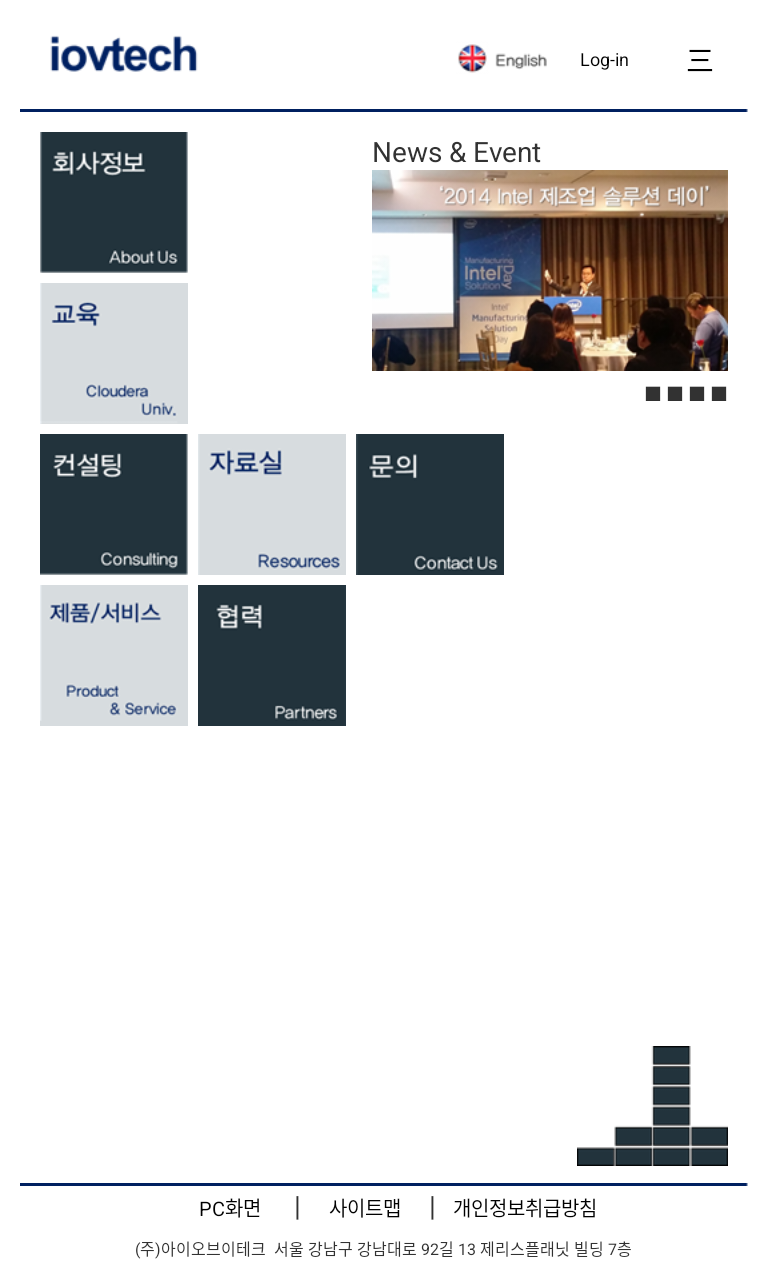
Repository: hyekkyung/CDH_Tutorials
Layout: Mobile_IOV/res/layout/test_page_0.xml
These files come from the project's save history. The layout is drawn as it stood at one moment and after the next save; the edit follows.
It is drawn on a 768 x 1280 px phone screen (xhdpi) without system bars, with theme AppTheme; the app's code is not run.

Above is the layout before, as saved 2015-02-02 06:33:31.

### Mobile_IOV/res/layout/test_page_0.xml
<?xml version="1.0" encoding="utf-8"?>
<RelativeLayout xmlns:android="http://schemas.android.com/apk/res/android"
    android:layout_width="match_parent"
    android:layout_height="match_parent"
    android:paddingLeft="10sp"
    android:paddingRight="10sp"
    android:paddingBottom="10sp"
    android:paddingTop="5sp" >

    <LinearLayout
        android:id="@+id/linearLayout1"
        android:layout_width="wrap_content"
        android:layout_height="wrap_content"
        android:layout_alignParentLeft="true"
        android:layout_alignParentRight="true"
        android:layout_alignParentTop="true" >

        <ImageButton
            style="?android:attr/buttonStyleSmall"
            android:layout_width="wrap_content"
            android:layout_height="wrap_content"
            android:background="#FFFFFF"
            android:src="@drawable/logo_03" />

        <ImageButton
       		android:id="@+id/kor_btn"
            style="?android:attr/buttonStyleSmall"
            android:layout_width="wrap_content"
            android:layout_height="wrap_content"
            android:background="#FFFFFF"
            android:layout_weight="0.5"
            android:layout_marginLeft="25sp"
            android:onClick="mOnclick" />

        <ImageView
       		android:id="@+id/lang_btn"
            android:layout_width="wrap_content"
            android:layout_height="wrap_content"
            android:background="@drawable/eng_btn"
            android:paddingLeft="3sp"
            android:onClick="mOnclick"
            android:layout_gravity="center" />

        <Button
            style="?android:attr/buttonStyleSmall"
            android:layout_width="wrap_content"
            android:layout_height="wrap_content"
            android:background="#FFFFFF"
            android:text="Log-in"
            android:textSize="9sp"
            android:layout_gravity="center" />

        <Button
            style="?android:attr/buttonStyleSmall"
            android:layout_width="wrap_content"
            android:layout_height="wrap_content"
            android:background="#FFFFFF"
            android:text="三"
            android:layout_gravity="center" />

    </LinearLayout>

    <ImageView
        android:id="@+id/imageView1"
        android:layout_width="wrap_content"
        android:layout_height="wrap_content"
        android:layout_below="@+id/linearLayout1"
        android:layout_centerHorizontal="true"
        android:src="@drawable/sep_line" />

    <TextView
        android:id="@+id/textView1"
        android:layout_width="wrap_content"
        android:layout_height="wrap_content"
        android:layout_alignParentBottom="true"
        android:layout_centerHorizontal="true"
        android:paddingTop="5sp"
        android:text="(주)아이오브이테크  서울 강남구 강남대로 92길 13 제리스플래닛 빌딩 7층"
        android:textSize="8sp" />

    <LinearLayout
        android:id="@+id/linearLayout2"
        android:layout_width="wrap_content"
        android:layout_height="wrap_content"
        android:layout_above="@+id/textView1"
        android:layout_centerHorizontal="true" >

        <Button
            android:id="@+id/button1"
            android:layout_width="wrap_content"
            android:layout_height="20sp"
            android:background="#FFFFFF"
            android:text=" PC화면 "
            android:textSize="10sp" />

        <TextView
            android:layout_width="wrap_content"
            android:layout_height="wrap_content"
            android:text="|"
            android:textAppearance="?android:attr/textAppearanceSmall" />

        <Button
            android:id="@+id/button2"
            android:layout_width="wrap_content"
            android:layout_height="20sp"
            android:background="#FFFFFF"
            android:text=" 사이트맵 "
            android:textSize="10sp" />

        <TextView
            android:layout_width="wrap_content"
            android:layout_height="wrap_content"
            android:text="| "
            android:textAppearance="?android:attr/textAppearanceSmall" />

        <Button
            android:id="@+id/button3"
            android:layout_width="wrap_content"
            android:layout_height="20sp"
            android:background="#FFFFFF"
            android:text="  개인정보취급방침 "
            android:textSize="10sp" />
    </LinearLayout>

    <ImageView
        android:id="@+id/imageView3"
        android:layout_width="wrap_content"
        android:layout_height="wrap_content"
        android:layout_above="@+id/linearLayout2"
        android:layout_alignLeft="@+id/imageView1"
        android:paddingTop="5sp"
        android:src="@drawable/sep_line" />

    <RelativeLayout
        android:layout_width="wrap_content"
        android:layout_height="wrap_content"
        android:layout_alignBottom="@+id/imageView3"
        android:layout_alignParentLeft="true"
        android:layout_alignRight="@+id/imageView3"
        android:layout_below="@+id/imageView1"
        android:paddingLeft="10sp"
        android:paddingRight="10sp"
        android:paddingTop="10sp"
        android:paddingBottom="10sp" >

        <ImageButton
            android:id="@+id/imageButton1"
            android:layout_width="wrap_content"
            android:layout_height="wrap_content"
            android:layout_alignParentRight="true"
            android:layout_below="@+id/textView2"
            android:src="@drawable/event_1"
            android:background="#FFFFFF" />

        <TextView
            android:id="@+id/textView2"
            android:layout_width="wrap_content"
            android:layout_height="wrap_content"
            android:layout_alignLeft="@+id/imageButton1"
            android:layout_alignParentTop="true"
            android:text="News &amp; Event"
            android:textAppearance="?android:attr/textAppearanceSmall" />

        <ImageButton
            android:id="@+id/imageButton2"
            android:layout_width="wrap_content"
            android:layout_height="wrap_content"
            android:layout_alignParentLeft="true"
            android:layout_alignTop="@+id/textView2"
            android:background="#FFFFFF"
            android:src="@drawable/icon_info" />

        <ImageButton
            android:id="@+id/imageButton3"
            android:layout_width="wrap_content"
            android:layout_height="wrap_content"
            android:layout_alignParentLeft="true"
            android:layout_below="@+id/imageButton2"
            android:src="@drawable/icon_edu"
            android:background="#FFFFFF"
            android:paddingTop="5sp" />

        <ImageButton
            android:id="@+id/imageButton4"
            android:layout_width="wrap_content"
            android:layout_height="wrap_content"
            android:layout_alignParentLeft="true"
            android:layout_below="@+id/imageButton3"
            android:src="@drawable/icon_consult"
            android:background="#FFFFFF"
            android:paddingTop="5sp" />

        <ImageButton
            android:id="@+id/imageButton5"
            android:layout_width="wrap_content"
            android:layout_height="wrap_content"
            android:layout_alignParentLeft="true"
            android:layout_below="@+id/imageButton4"
            android:src="@drawable/icon_product"
            android:background="#FFFFFF"
            android:paddingTop="5sp" />

        <ImageButton
            android:id="@+id/imageButton6"
            android:layout_width="wrap_content"
            android:layout_height="wrap_content"
            android:layout_alignTop="@+id/imageButton4"
            android:layout_toRightOf="@+id/imageButton4"
            android:src="@drawable/icon_resource"
            android:background="#FFFFFF"
            android:paddingTop="5sp"
            android:paddingLeft="5sp" />

        <ImageButton
            android:id="@+id/imageButton7"
            android:layout_width="wrap_content"
            android:layout_height="wrap_content"
            android:layout_alignLeft="@+id/imageButton6"
            android:layout_alignTop="@+id/imageButton5"
            android:src="@drawable/icon_partner"
            android:background="#FFFFFF"
            android:paddingTop="5sp"
            android:paddingLeft="5sp" />

        <ImageButton
            android:id="@+id/imageButton8"
            android:layout_width="wrap_content"
            android:layout_height="wrap_content"
            android:layout_alignTop="@+id/imageButton6"
            android:layout_toRightOf="@+id/imageButton6"
            android:src="@drawable/icon_contact"
            android:background="#FFFFFF"
            android:paddingTop="5sp"
            android:paddingLeft="5sp" />

        <ImageView
            android:id="@+id/imageView2"
            android:layout_width="wrap_content"
            android:layout_height="wrap_content"
            android:layout_alignParentBottom="true"
            android:layout_alignRight="@+id/imageButton1"
            android:src="@drawable/logo_graph" />

        <TextView
            android:id="@+id/textView3"
            android:layout_width="wrap_content"
            android:layout_height="wrap_content"
            android:layout_alignRight="@+id/imageButton1"
            android:layout_below="@+id/imageButton1"
            android:text="■"
            android:textSize="12sp"
            android:paddingTop="2sp"
            android:paddingLeft="2sp" />

        <TextView
            android:id="@+id/textView4"
            android:layout_width="wrap_content"
            android:layout_height="wrap_content"
            android:layout_below="@+id/imageButton1"
            android:layout_toLeftOf="@+id/textView3"
            android:text="■"
            android:textSize="12sp"
            android:paddingTop="2sp"
            android:paddingLeft="2sp" />

        <TextView
            android:id="@+id/textView5"
            android:layout_width="wrap_content"
            android:layout_height="wrap_content"
            android:layout_below="@+id/imageButton1"
            android:layout_toLeftOf="@+id/textView4"
            android:text="■"
            android:textSize="12sp"
            android:paddingTop="2sp"
            android:paddingLeft="2sp" />

        <TextView
            android:id="@+id/textView6"
            android:layout_width="wrap_content"
            android:layout_height="wrap_content"
            android:layout_below="@+id/imageButton1"
            android:layout_toLeftOf="@+id/textView5"
            android:text="■"
            android:textSize="12sp"
            android:paddingTop="2sp"
            android:paddingLeft="2sp" />

    </RelativeLayout>

</RelativeLayout>

Loaded but not shown: Mobile_IOV/res/values/styles.xml (common file); Mobile_IOV/res/values-v11/styles.xml (common file); Mobile_IOV/res/values-v14/styles.xml (common file)

After the next save:
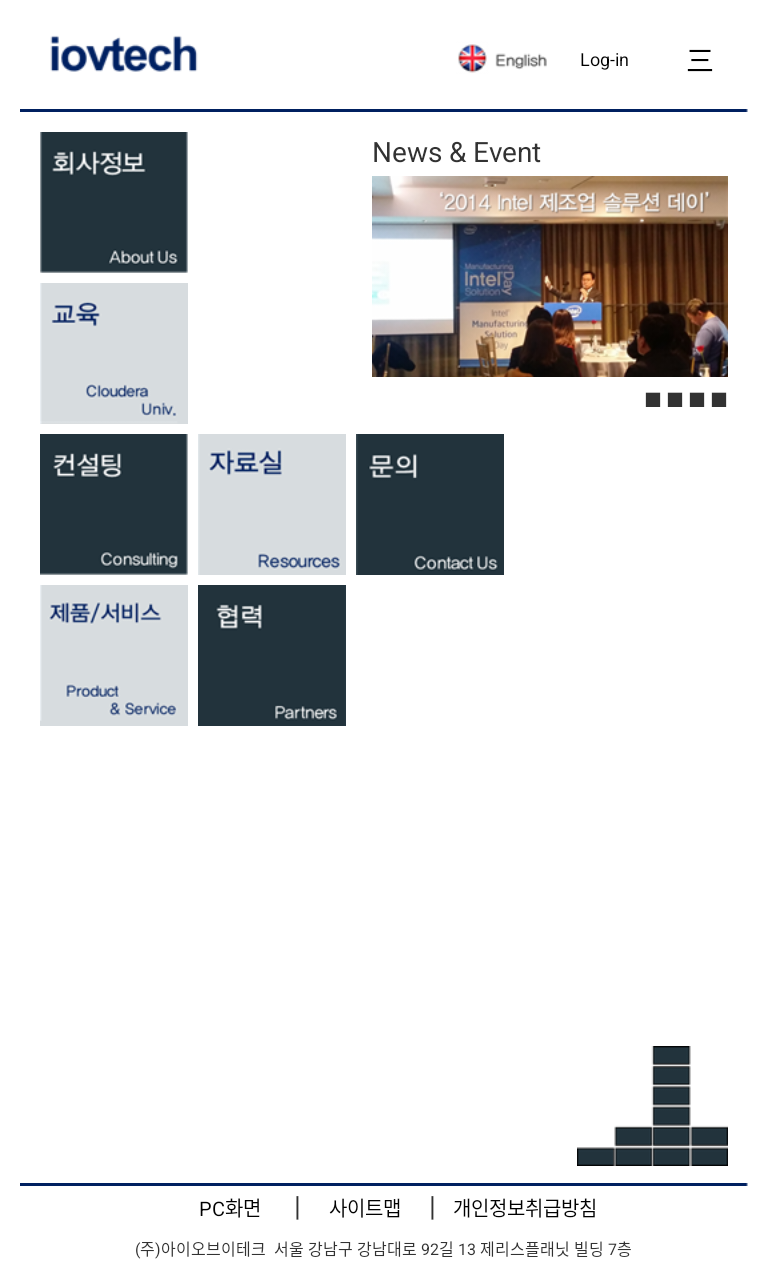
Saved 2 min 21 s later.
--- a/Mobile_IOV/res/layout/test_page_0.xml
+++ b/Mobile_IOV/res/layout/test_page_0.xml
@@ -159,7 +159,8 @@
             android:layout_alignLeft="@+id/imageButton1"
             android:layout_alignParentTop="true"
             android:text="News &amp; Event"
-            android:textAppearance="?android:attr/textAppearanceSmall" />
+            android:textAppearance="?android:attr/textAppearanceSmall"
+            android:paddingBottom="3sp" />
 
         <ImageButton
             android:id="@+id/imageButton2"
